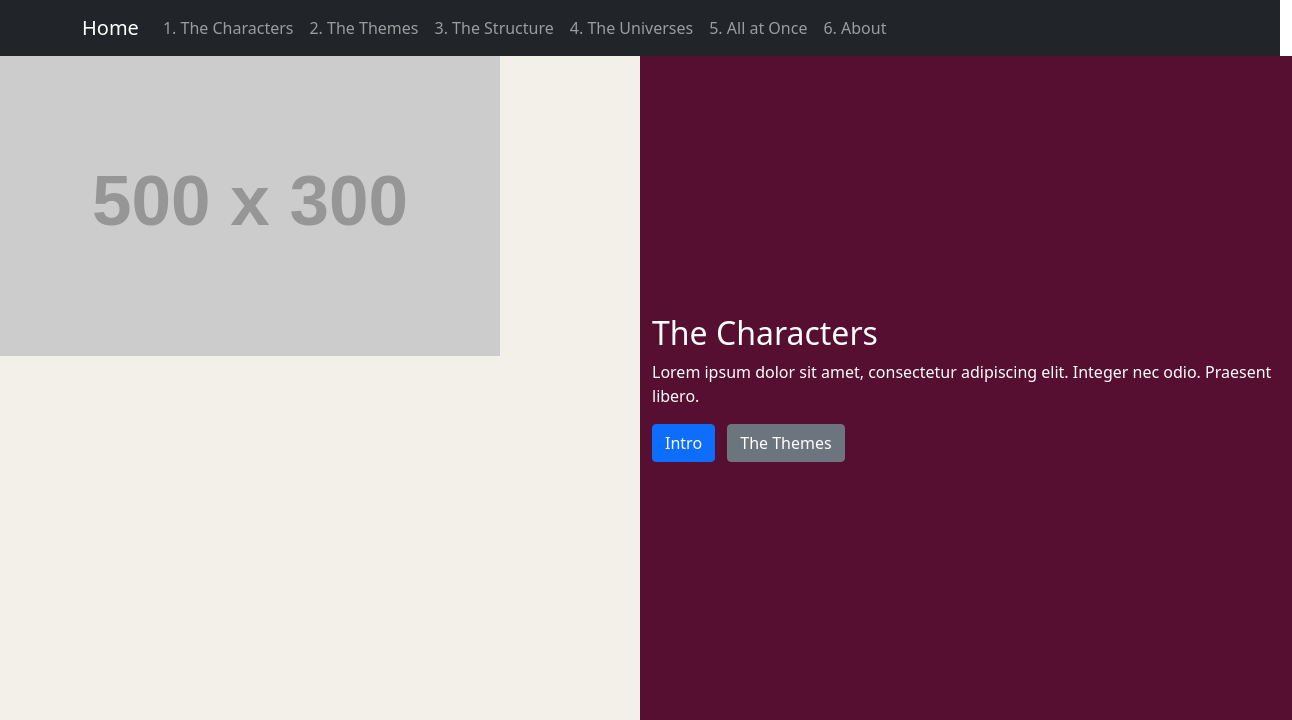
Repository: angelica-hom/msdv-thesis
Page: characters.html
The author's editor kept a record of every edit. The page is drawn from the files as they stood at one moment, then again after the next edit.
The browser window is 1280 px wide. The page is 1292 px wide, so the pictures cover 1292 px, including what lies to the right of the window. The pictures show the whole page.

Above is the page before.

After the next edit:
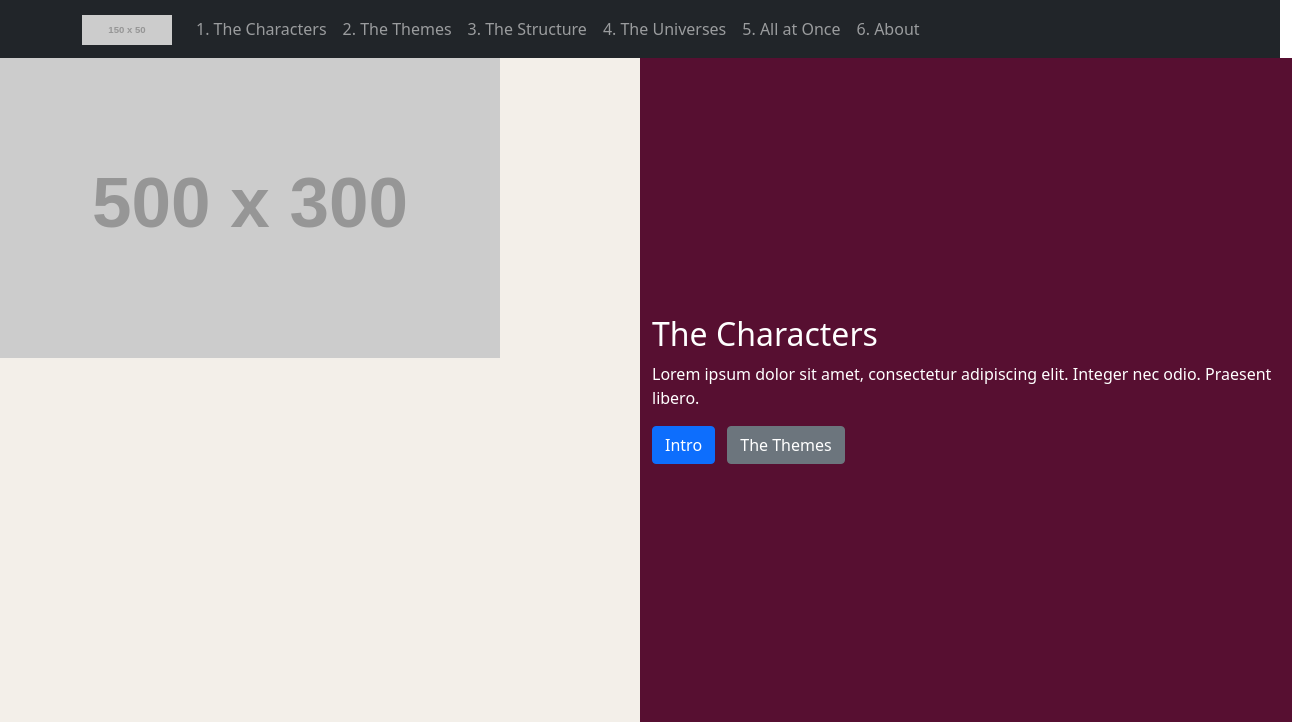
The edit:
--- a/characters.html
+++ b/characters.html
@@ -10,10 +10,9 @@
 <body>
     <nav class="navbar navbar-expand-lg navbar-dark bg-dark">
         <div class="container">
-            <a class="navbar-brand" href="index.html">Home</a>
-            <button class="navbar-toggler" type="button" data-bs-toggle="collapse" data-bs-target="#navbarNav" aria-controls="navbarNav" aria-expanded="false" aria-label="Toggle navigation">
-                <span class="navbar-toggler-icon"></span>
-            </button>
+            <a class="navbar-brand" href="#">
+                <img src="https://via.placeholder.com/150x50" alt="Your Brand" height="30">
+            </a>
             <div class="collapse navbar-collapse" id="navbarNav">
                 <ul class="navbar-nav">
                     <li class="nav-item">
